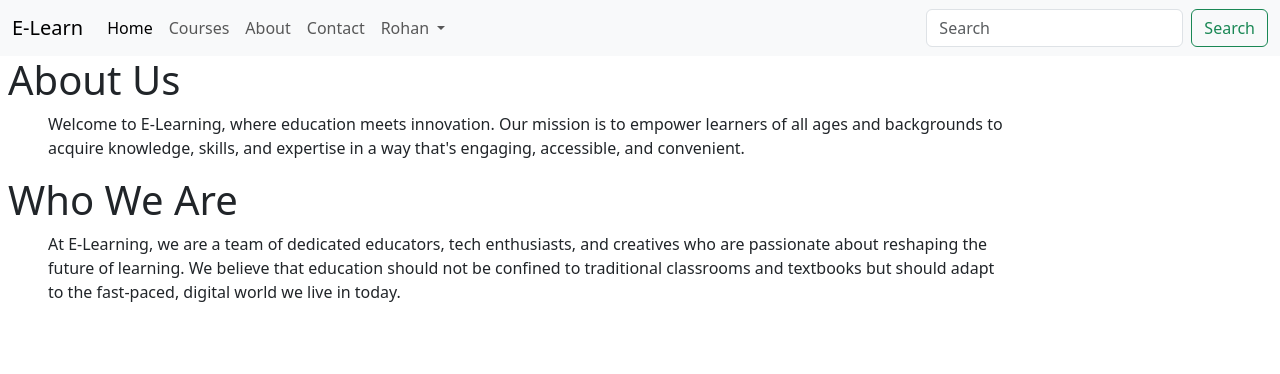
Repository: syni18/bootstrap_elarn
Page: About.html
An editor plug-in stored every save of this project. The page is shown before and after a run of saves, followed by the edit.
The browser window is 1280 px wide. The pictures show the whole page.

Above is the page before, as saved 2023-10-25 23:08:52.

### About.html
<!doctype html>
<html lang="en">
  <head>
    <meta charset="utf-8">
    <meta name="viewport" content="width=device-width, initial-scale=1">
    <title>E-Learning</title>
    <link href="https://cdn.jsdelivr.net/npm/bootstrap@5.3.2/dist/css/bootstrap.min.css" rel="stylesheet" integrity="sha384-T3c6CoIi6uLrA9TneNEoa7RxnatzjcDSCmG1MXxSR1GAsXEV/Dwwykc2MPK8M2HN" crossorigin="anonymous">
  </head>
  <body>
    <nav class="navbar navbar-expand-lg bg-body-tertiary">
  <div class="container-fluid">
    <a class="navbar-brand" href="#">E-Learn</a>
    <button class="navbar-toggler" type="button" data-bs-toggle="collapse" data-bs-target="#navbarSupportedContent" aria-controls="navbarSupportedContent" aria-expanded="false" aria-label="Toggle navigation">
      <span class="navbar-toggler-icon"></span>
    </button>
    <div class="collapse navbar-collapse" id="navbarSupportedContent">
      <ul class="navbar-nav me-auto mb-2 mb-lg-0">
        <li class="nav-item">
          <a class="nav-link active" aria-current="page" href="#">Home</a>
        </li>
        <li class="nav-item">
          <a class="nav-link" href="#">Courses</a>
        </li>
        <li class="nav-item">
          <a class="nav-link" href="#">About</a>
        </li>
        <li class="nav-item">
          <a class="nav-link" href="#">Contact</a>
        </li>
        <li class="nav-item dropdown">
          <a class="nav-link dropdown-toggle" href="#" role="button" data-bs-toggle="dropdown" aria-expanded="false">
            Rohan
          </a>
          <ul class="dropdown-menu">
            <li><a class="dropdown-item" href="#">My Profile</a></li>
            <li><a class="dropdown-item" href="#">My Courses</a></li>
            <li><hr class="dropdown-divider"></li>
            <li><a class="dropdown-item" href="#">Log Out</a></li>
          </ul>
        </li>
      </ul>
      <form class="d-flex" role="search">
        <input class="form-control me-2" type="search" placeholder="Search" aria-label="Search">
        <button class="btn btn-outline-success" type="submit">Search</button>
      </form>
    </div>
  </div>
</nav>
<div>
    <h6 class="display-6 ms-2">About Us</h6>
    <p class="w-75 ms-5">Welcome to E-Learning, where education meets innovation. Our mission is to empower learners of all ages and backgrounds to acquire knowledge, skills, and expertise in a way that's engaging, accessible, and convenient.</p>
</div>
<div>
    <h6 class="display-6 ms-2">Who We Are</h6>
    <p class="w-75 ms-5">At E-Learning, we are a team of dedicated educators, tech enthusiasts, and creatives who are passionate about reshaping the future of learning. We believe that education should not be confined to traditional classrooms and textbooks but should adapt to the fast-paced, digital world we live in today.</p>
</div>
    <script src="https://cdn.jsdelivr.net/npm/bootstrap@5.3.2/dist/js/bootstrap.bundle.min.js" integrity="sha384-C6RzsynM9kWDrMNeT87bh95OGNyZPhcTNXj1NW7RuBCsyN/o0jlpcV8Qyq46cDfL" crossorigin="anonymous"></script>
  </body>
</html>

After the next 4 saves:
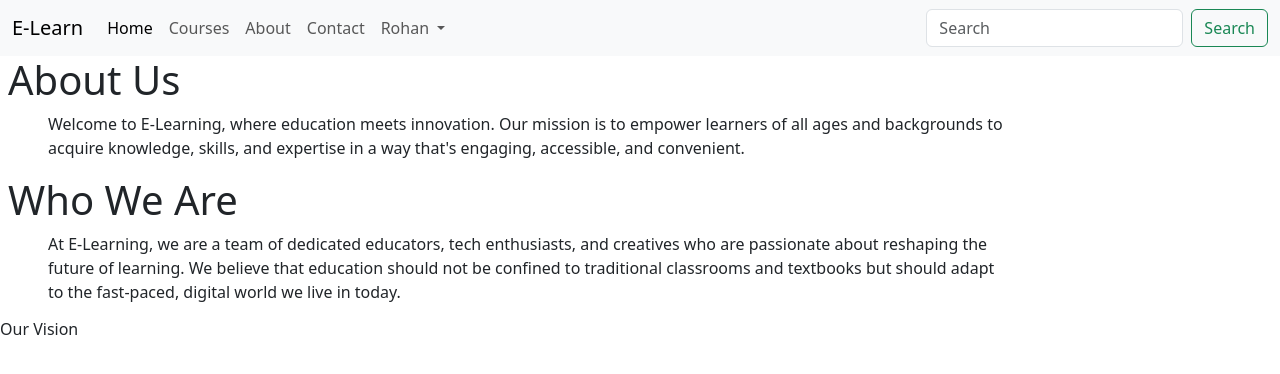
The 4 saves are shown as one change because they came seconds apart.
The last was saved 28 s later.
--- a/About.html
+++ b/About.html
@@ -54,6 +54,9 @@
     <h6 class="display-6 ms-2">Who We Are</h6>
     <p class="w-75 ms-5">At E-Learning, we are a team of dedicated educators, tech enthusiasts, and creatives who are passionate about reshaping the future of learning. We believe that education should not be confined to traditional classrooms and textbooks but should adapt to the fast-paced, digital world we live in today.</p>
 </div>
+<div>
+    <h6 cl>Our Vision</h6>
+</div>
     <script src="https://cdn.jsdelivr.net/npm/bootstrap@5.3.2/dist/js/bootstrap.bundle.min.js" integrity="sha384-C6RzsynM9kWDrMNeT87bh95OGNyZPhcTNXj1NW7RuBCsyN/o0jlpcV8Qyq46cDfL" crossorigin="anonymous"></script>
   </body>
 </html>
